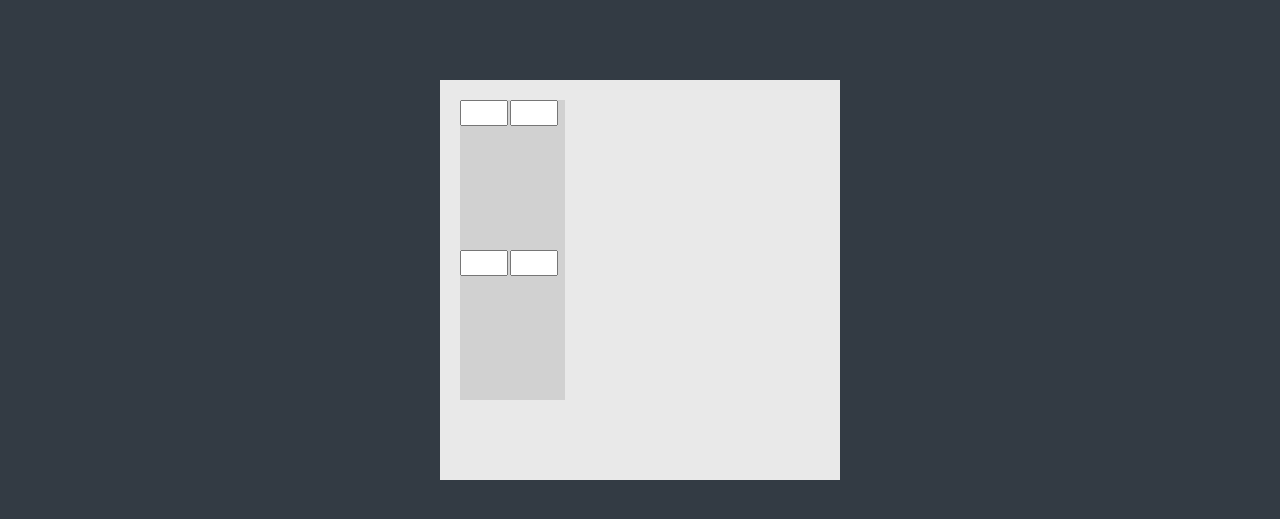
Repository: piookr-wsei/8086
Page: /
These files come from the project's save history. The page is drawn as it stood at one moment and after the next save; the edit follows.
The browser window is 1280 px wide. The pictures show the whole page.
The project was rebuilt for these pictures with package versions that can differ from the ones it lists, and the page was loaded fresh each time.

Above is the page before, as saved 2022-06-17 00:06:25.

### src/App.js
import logo from './logo.svg';
import './App.css';
import { RegInput, RegWrapper, UiWindow, UiWrapper } from './Components/Components.elements';

function App() {
  return (
    <div className="App">
      <UiWindow>
        <UiWrapper>
          <RegWrapper>
            <RegInput/><RegInput/>
            <RegInput/><RegInput/>
          </RegWrapper>

        </UiWrapper>
      </UiWindow>

    </div>
  );
}

export default App;

### src/App.css
body{
  height: 100%;
  background: rgba(1, 10, 22, 0.8);
}
.App {

}

.App-logo {
  height: 40vmin;
  pointer-events: none;
}

@media (prefers-reduced-motion: no-preference) {
  .App-logo {
    animation: App-logo-spin infinite 20s linear;
  }
}

.App-header {
  background-color: #282c34;
  min-height: 100vh;
  display: flex;
  flex-direction: column;
  align-items: center;
  justify-content: center;
  font-size: calc(10px + 2vmin);
  color: white;
}

.App-link {
  color: #61dafb;
}

@keyframes App-logo-spin {
  from {
    transform: rotate(0deg);
  }
  to {
    transform: rotate(360deg);
  }
}

### src/Components/Components.elements.js
import styled from "styled-components";

export const UiWindow = styled.div`
height: 400px;
width: 400px;
background: rgb(233,233,233);
position: relative;
margin: auto;
top: 80px;
`

export const UiWrapper = styled.div`
border: 20px solid transparent;

`

export const RegWrapper = styled.div`
width: 105px;
min-height: 300px;
background: rgba(0,0,0,0.1);
position: relative;
left: 0;
display: grid;
grid-template-columns: 50px 50px;
`

export const RegInput = styled.input`
height: 20px;
width: 40px;
`

Loaded but not shown: public/index.html (common file); src/index.js (common file); src/index.css (common file); src/reportWebVitals.js (common file)

After the next save:
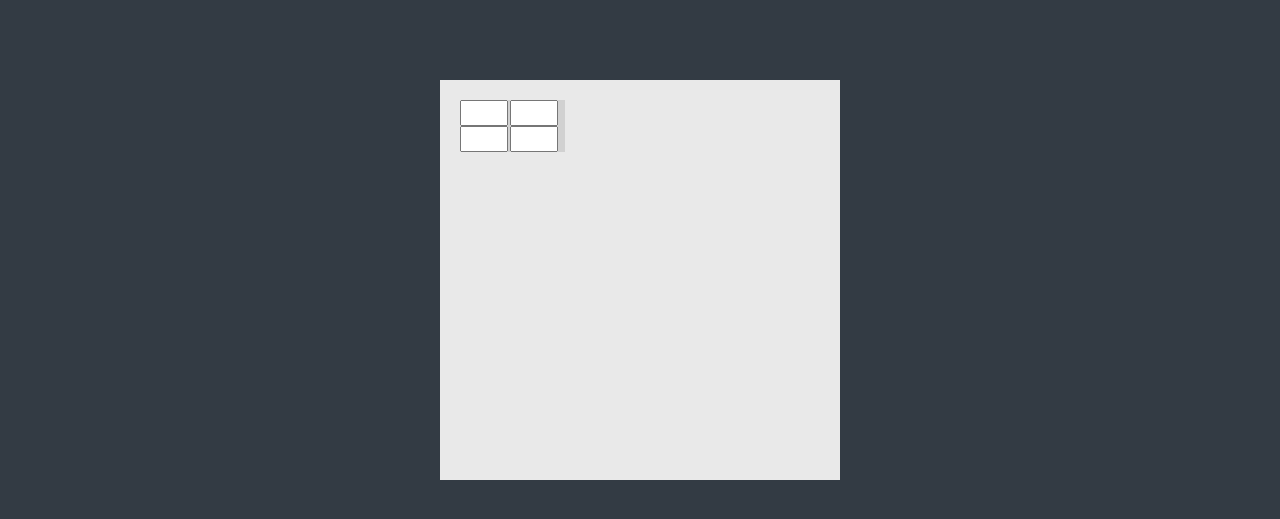
Saved 8 s later.
--- a/src/Components/Components.elements.js
+++ b/src/Components/Components.elements.js
@@ -16,7 +16,6 @@ border: 20px solid transparent;
 
 export const RegWrapper = styled.div`
 width: 105px;
-min-height: 300px;
 background: rgba(0,0,0,0.1);
 position: relative;
 left: 0;
